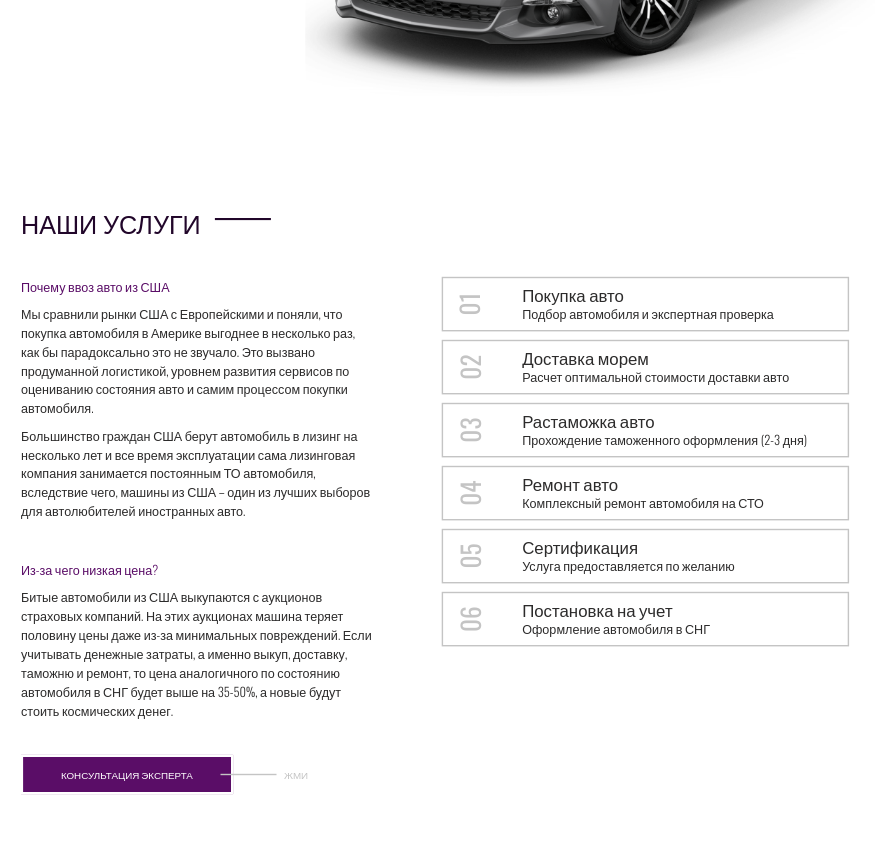
Repository: AlexandrLewandowski/site-1
Page: start/index.html
The author's editor kept a copy of each file at every save. The page is drawn from the files as they stood at one save, then again after the next save.
The browser window is 1280 px wide. The pictures show the part of the page from y = 758 to 2678 px (the page is 1993 px tall before and 2678 px after), at 70% of full size.

Above is the page before, as saved 2024-05-01 17:33:27.

### start/index.html
<!DOCTYPE html>
<html lang="en">

<head>
    <meta charset="UTF-8">
    <meta name="viewport" content="width=device-width, initial-scale=1.0">
    <meta http-equiv="X-UA-Compatible" content="ie=edge">
    <title>Mustang</title>
    <link rel="preconnect" href="https://fonts.googleapis.com">
    <link rel="preconnect" href="https://fonts.gstatic.com" crossorigin>
    <link href="https://fonts.googleapis.com/css2?family=Oswald:wght@300;400&display=swap" rel="stylesheet">
    <link rel="stylesheet" href="css/reset.css">
    <link rel="stylesheet" href="css/slick.css">
    <link rel="stylesheet" href="css/jquery.fancybox.css">
    <link rel="stylesheet" href="css/style.css">
</head>

<body>

    <header class="header">
        <div class="container">
            <div class="header__top">
                <a class="logo" href="#">
                    <img class="logo__img" src="images/logo.svg" alt="logo">
                </a>
                <a class="phone" href="tel:88005553535">8-800-555-35-35</a>
            </div>
            <div class="header__content">
                <h1 class="header__title">
                    Авто из США "под ключ"
                </h1>
                <h2 class="header__subtitle">
                    Закажи себе авто из США с выгодой до 40%
                </h2>
                <p class="header__text">
                    Покупка, доставка, растаможка, ремонт и оформление по договору
                </p>
                <a class="button" href="#">консультация эксперта</a>
                <div class="header__social">
                    <a class="header__social-link" href="#">
                        <img class="header__social-img" src="images/icon/instagram.svg" alt="">
                    </a>
                    <a class="header__social-link" href="#">
                        <img class="header__social-img" src="images/icon/telegram.svg" alt="">
                    </a>
                    <a class="header__social-link" href="#">
                        <img class="header__social-img" src="images/icon/whatsapp.svg" alt="">
                    </a>
                    <a class="header__social-link" href="#">
                        <img class="header__social-img" src="images/icon/facebook.svg" alt="">
                    </a>
                </div>
                <img class="header__images" src="images/ford-mustang.png" alt="ford mustang">
            </div>
        </div>
    </header>

    <section class="services">
        <div class="container">
            <h2 class="title">Наши услуги</h2>
            <div class="services__inner">
                <div class="services__content">
                    <div class="services__content-box">
                        <h6 class="services__content-title">
                            Почему ввоз авто из США
                        </h6>
                        <div class="services__content-textbox">
                            <p class="services__content-text">
                                Мы сравнили рынки США с Европейскими и поняли, что покупка автомобиля в Америке выгоднее
                                в несколько раз, как бы парадоксально это не звучало. Это вызвано продуманной
                                логистикой, уровнем развития сервисов по оцениванию состояния авто и самим процессом
                                покупки автомобиля.
                            </p>
                            <p class="services__content-text">
                                Большинство граждан США берут автомобиль в лизинг на несколько лет и все время
                                эксплуатации сама лизинговая компания занимается постоянным ТО автомобиля, вследствие
                                чего, машины из США – один из лучших выборов для автолюбителей иностранных авто.
                            </p>
                        </div>
                    </div>
                    <div class="services__content-box">
                        <h6 class="services__content-title">
                            Из-за чего низкая цена?
                        </h6>
                        <div class="services__content-textbox">
                            <p class="services__content-text">
                                Битые автомобили из США выкупаются с аукционов страховых компаний. На этих аукционах
                                машина теряет половину цены даже из-за минимальных повреждений. Если учитывать денежные
                                затраты, а именно выкуп, доставку, таможню и ремонт, то цена аналогичного по состоянию
                                автомобиля в СНГ будет выше на 35-50%, а новые будут стоить космических денег.
                            </p>
                        </div>
                    </div>
                    <a class="button button--decor" href="#">консультация эксперта</a>
                </div>
                <ol class="services__list">
                    <li class="services__item">
                        <p class="services__item-title">Покупка авто</p>
                        <p class="services__item-text">Подбор автомобиля и экспертная проверка</p>
                    </li>
                    <li class="services__item">
                        <p class="services__item-title">Доставка морем</p>
                        <p class="services__item-text">Расчет оптимальной стоимости доставки авто</p>
                    </li>
                    <li class="services__item">
                        <p class="services__item-title">Растаможка авто</p>
                        <p class="services__item-text">Прохождение таможенного оформления (2-3 дня)</p>
                    </li>
                    <li class="services__item">
                        <p class="services__item-title">Ремонт авто</p>
                        <p class="services__item-text">Комплексный ремонт автомобиля на СТО</p>
                    </li>
                    <li class="services__item">
                        <p class="services__item-title">Сертификация</p>
                        <p class="services__item-text">Услуга предоставляется по желанию</p>
                    </li>
                    <li class="services__item">
                        <p class="services__item-title">Постановка на учет</p>
                        <p class="services__item-text">Оформление автомобиля в СНГ</p>
                    </li>
                </ol>
            </div>
        </div>
    </section>


    <script src="https://ajax.googleapis.com/ajax/libs/jquery/3.4.1/jquery.min.js"></script>
    <script src="js/slick.min.js"></script>
    <script src="js/jquery.fancybox.min.js"></script>
    <script src="js/main.js"></script>
</body>

</html>

### start/css/style.css
*,
*::after *::before {
    box-sizing: border-box;
}

body {
    font-family: "Oswald", sans-serif;
    font-size: 18px;
    line-height: 27px;
    font-weight: 300;
    color: #2C2B2B;
}

a {
    text-decoration: none;
    color: inherit;
    display: inline-block;
}

.container {
    max-width: 1220px;
    margin: 0 auto;
    padding: 0 10px;
}

.header {
    background-image: url(../images/header-bg.jpg);
    background-repeat: no-repeat;
    background-size: cover;
    background-position: top center;
    min-height: 700px;
    color: #fff;
}

.header__top {
    padding: 47px 0 46px;
    display: flex;
    justify-content: space-between;
    align-items: center;
}

.phone {
    font-weight: 400;
    font-size: 36px;
    line-height: 54px;
}

.header__content {
    padding-top: 60px;
    position: relative;
}

.header__title {
    font-size: 72px;
    font-weight: 400;
    line-height: 107px;
    text-transform: uppercase;
}

.header__subtitle {
    font-size: 36px;
    line-height: 54px;
    font-weight: 400;
    text-transform: uppercase;
    margin-bottom: 30px;
}

.header__text {
    margin-bottom: 30px;
    max-width: 800px;
}

.button {
    font-size: 14px;
    line-height: 21px;
    text-transform: uppercase;
    padding: 14px 54px 15px;
    background-color: #5A0D67;
    transition: all .5s;
}

.button:hover {
    color: #5A0D67;
    background-color: #fff;
}

.header__social {
    padding: 70px 0 20px 65px;
    ;
    display: flex;
    align-items: center;
}

.header__social-link {
    margin-right: 10px;
}

.header__images {
    position: absolute;
    right: 0;
    bottom: -265px;
}

.services {
    padding-top: 350px;
}

.title {
    color: #21062A;
    font-size: 36px;
    line-height: 54px;
    font-weight: 400;
    text-transform: uppercase;
    margin-bottom: 50px;
    position: relative;
}

.title::after {
    content: '';
    width: 80px;
    height: 3px;
    background-color: #21062A;
    position: absolute;
    top: 20px;
    margin-left: 20px;
}

.services__inner {
    display: flex;
    margin-bottom: 100px;
}

.services__content {
    width: 505px;
    margin-right: 96px;
}

.services__content-box {}

.services__content-title {
    color: #5A0D67;
    font-size: 18px;
    line-height: 27px;
    font-weight: 300;
    margin-bottom: 12px;
}

.services__content-textbox {
    margin-bottom: 57px;
}

.services__content-text {
    margin-bottom: 12px;
}

.button--decor {
    margin-top: -7px;
    color: #fff;
    border: solid;
    position: relative;
}

.button--decor::after {
    content: 'ЖМИ';
    color: #c4c4c4;
    margin-left: 130px;
    position: absolute;
}

.button--decor::before {
    content: '';
    width: 80px;
    height: 2px;
    background-color: #c4c4c4;
    position: absolute;
    right: -65px;
    top: 24px;
}

.services__list {
    list-style: none;
    counter-reset: my-counter;
}

.services__item {
    counter-increment: my-counter;
    border: 2px solid #c4c4c4;
    margin-bottom: 12px;
    width: 450px;
    padding: 10px 15px 10px 113px;
    position: relative;
    transition: all .5s;
    cursor: pointer;
}

.services__item::before {
    content: '0'counter(my-counter);
    position: absolute;
    left: 20px;
    font-size: 36px;
    line-height: 54px;
    font-weight: 400;
    color: #c4c4c4;
    transform: rotate(270deg);
    transition: all .5s;
}

.services__item:hover {
    border: 2px solid #5a0D67;
}

.services__item:hover services__item-title {
    color: #5A0D67;
    width: 500px;
}

.services__item:hover::before {
    color: #5A0D67;
}

.services__item-title {
    font-size: 24px;
    font-weight: 300;
}

.services__item-text {}

Loaded but not shown: start/css/reset.css (common file); start/css/slick.css (common file); start/css/jquery.fancybox.css (library); start/js/slick.min.js (library); start/js/jquery.fancybox.min.js (library); start/js/main.js (common file)

After the next save:
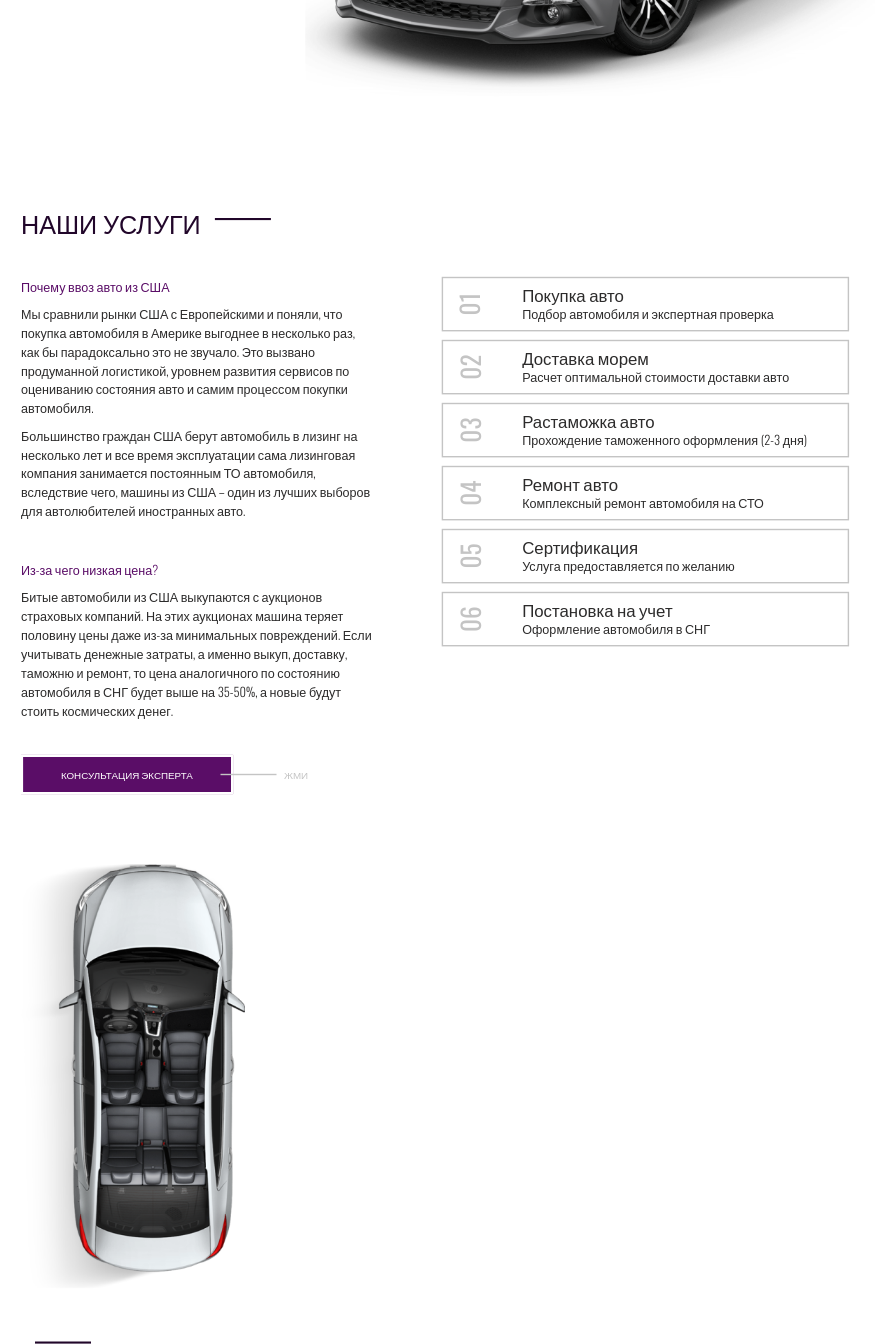
Saved 3 min 51 s later.
--- a/start/index.html
+++ b/start/index.html
@@ -122,7 +122,16 @@
             </div>
         </div>
     </section>
-
+    <section class="benefits">
+        <div class="container">
+            <div class="benefits__inner">
+                <img CLASS="benefits__images" src="images/car.png" alt="car">
+                <div class="benefits__content">
+                    <h2 class="title benefits__title"></h2>
+                </div>
+            </div>
+        </div>
+    </section>
 
     <script src="https://ajax.googleapis.com/ajax/libs/jquery/3.4.1/jquery.min.js"></script>
     <script src="js/slick.min.js"></script>
